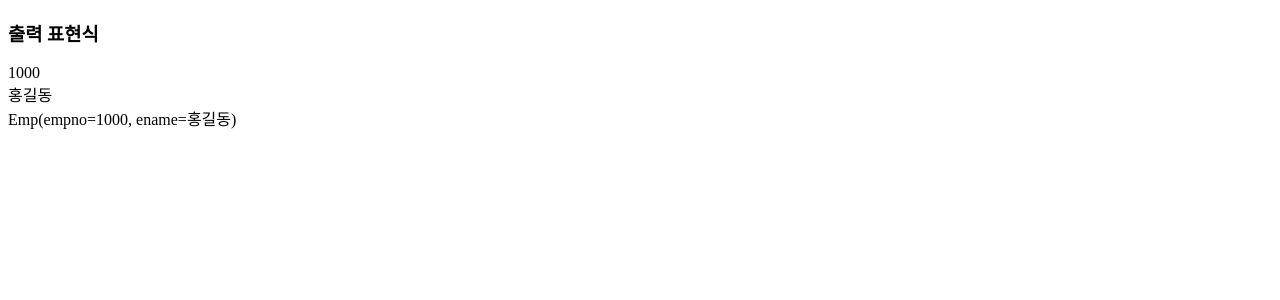
Repository: start-ha/WEB_STUDY_BACKEND
Page: http://localhost/WEBJSP/Ex03_JavaCode.jsp
An editor plug-in stored every save of this project. The page is shown before and after the next save, followed by the edit.
The browser window is 1280 px wide. The pictures show the whole page.
The page is served by Tomcat 10. Other server files are loaded and not shown.

Above is the page before, as saved 2025-09-22 02:04:31.

### BackEndLabs/WEBJSP/src/main/webapp/Ex03_JavaCode.jsp
<%@page import="java.util.Calendar"%>
<%@page import="kr.or.kosa.Emp"%>
<%@ page language="java" contentType="text/html; charset=UTF-8"
    pageEncoding="UTF-8"%>

<%
	 Emp emp = new Emp();
	 emp.setEmpno(1000);
	 emp.setEname("홍길동");

	 Calendar cal = Calendar.getInstance();
	 int year = cal.get(Calendar.YEAR);
	 int month = cal.get(Calendar.MONTH) + 1;
	 int date = cal.get(Calendar.DATE);


%>
<!DOCTYPE html>
<html>
<head>
<meta charset="UTF-8">
<title>Insert title here</title>
</head>
<body>
	<h3> 출력 표현식</h3>
	<%= emp.getEmpno() %><br>
	<%= emp.getEname() %><br>
	<%= emp.toString() %><br>

</body>
</html>

### BackEndLabs/WEBJSP/src/main/java/kr/or/kosa/Emp.java
package kr.or.kosa;

import lombok.AllArgsConstructor;
import lombok.Data;
import lombok.NoArgsConstructor;

@Data
@NoArgsConstructor
@AllArgsConstructor
public class Emp {

	private int empno;
	private String ename;

}

After the next save:
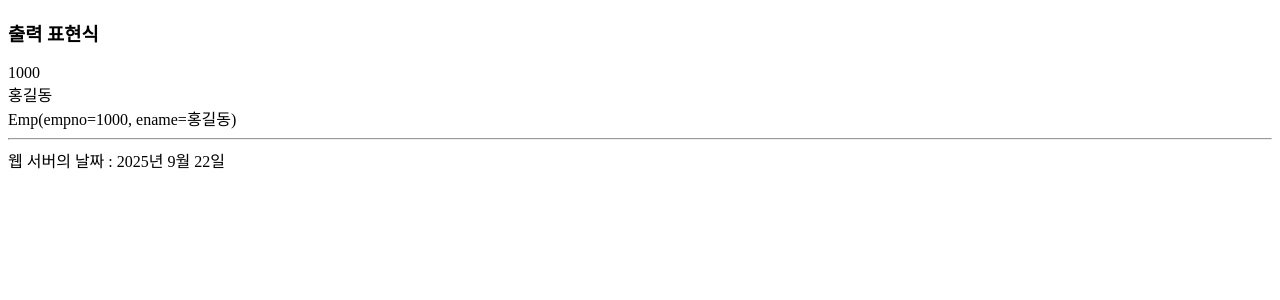
Saved 38 s later.
--- a/BackEndLabs/WEBJSP/src/main/webapp/Ex03_JavaCode.jsp
+++ b/BackEndLabs/WEBJSP/src/main/webapp/Ex03_JavaCode.jsp
@@ -26,6 +26,9 @@
 	<%= emp.getEmpno() %><br>
 	<%= emp.getEname() %><br>
 	<%= emp.toString() %><br>
+	<hr>
+	웹 서버의 날짜 : <%=year %>년 <%=month %>월 <%=date %>일
+
 
 </body>
 </html>
